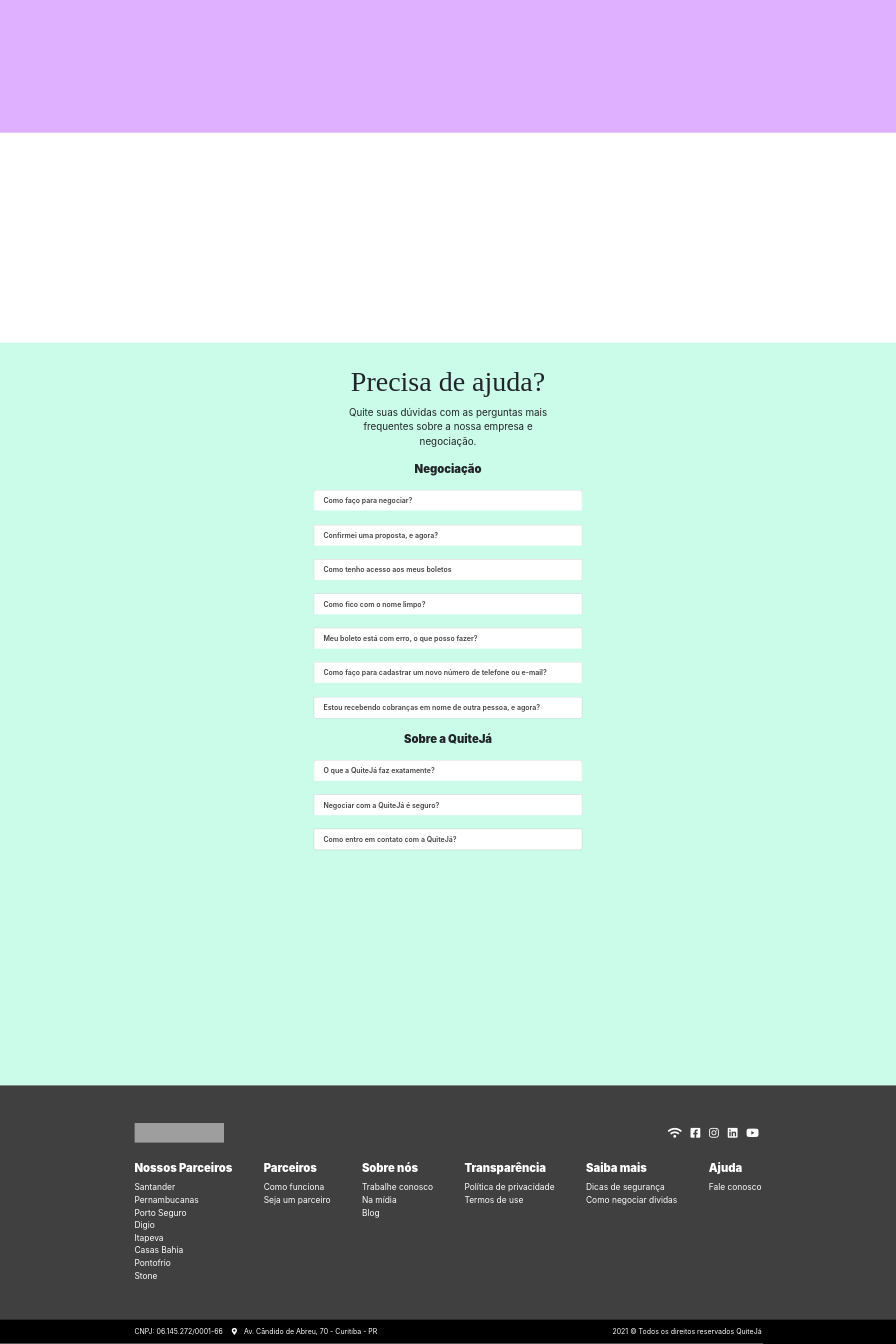
Repository: dasilvaoscar/estudos
Page: Layouts/index.html
The author's editor kept a copy of each file at every save. The page is drawn from the files as they stood at one save, then again after the next save.
The browser window is 1280 px wide. The pictures show the part of the page from y = 3191 to 5111 px (the page is 5111 px tall), at 70% of full size.
Pictures or frames that could not be fetched are drawn as grey boxes. Some web fonts or font styles are not loaded; a fallback is used.

Above is the page before, as saved 2021-01-29 12:59:30.

After the next save:
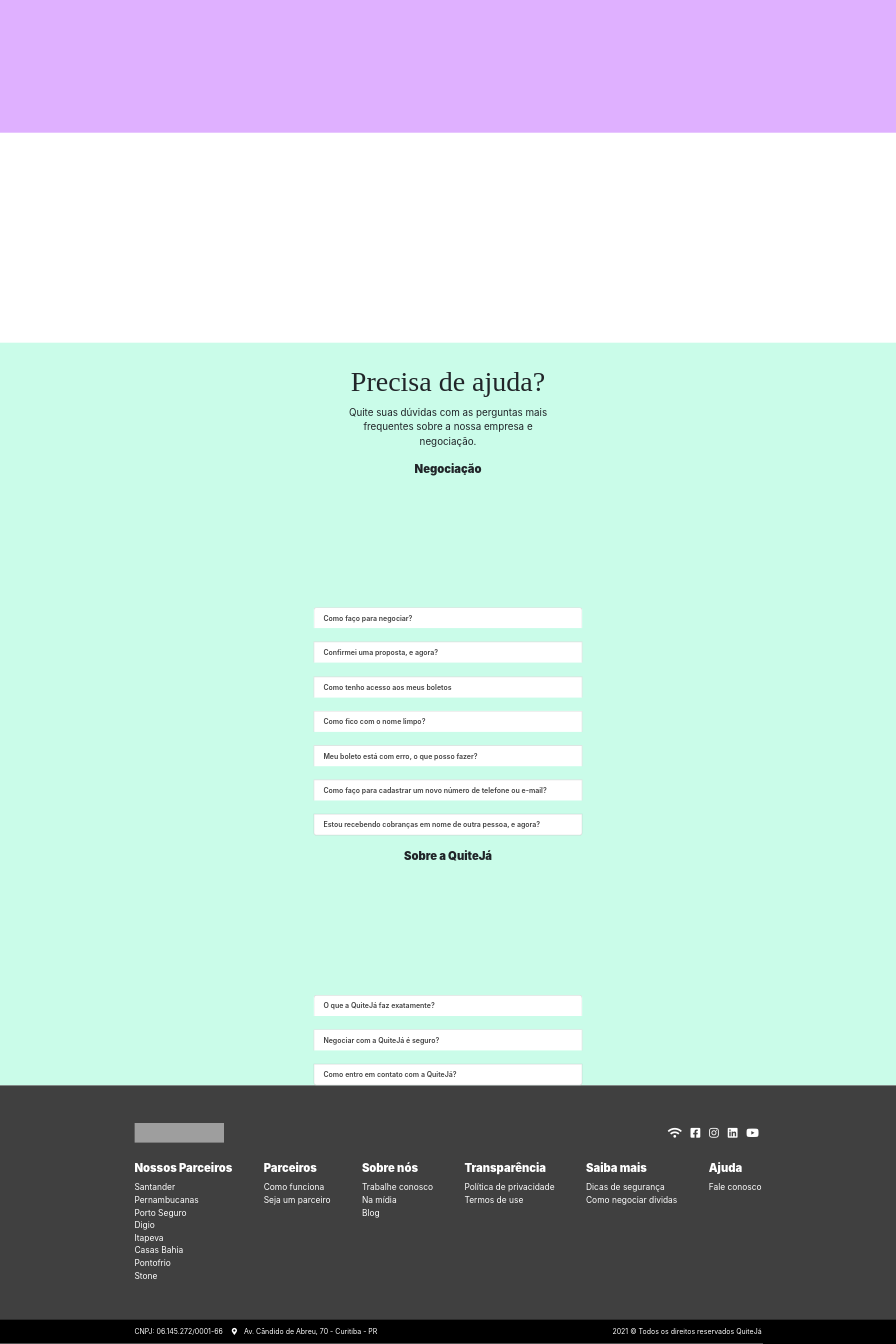
Saved 21 s later.
--- a/Layouts/assets/css/style.css
+++ b/Layouts/assets/css/style.css
@@ -245,7 +245,7 @@ ul.nav-bar-links li:last-child {
 
 .help h6 {
   font-weight: 900;
-  margin: 20px auto 1px auto;
+  margin: 20px auto auto auto;
 }
 
 .accordion {
